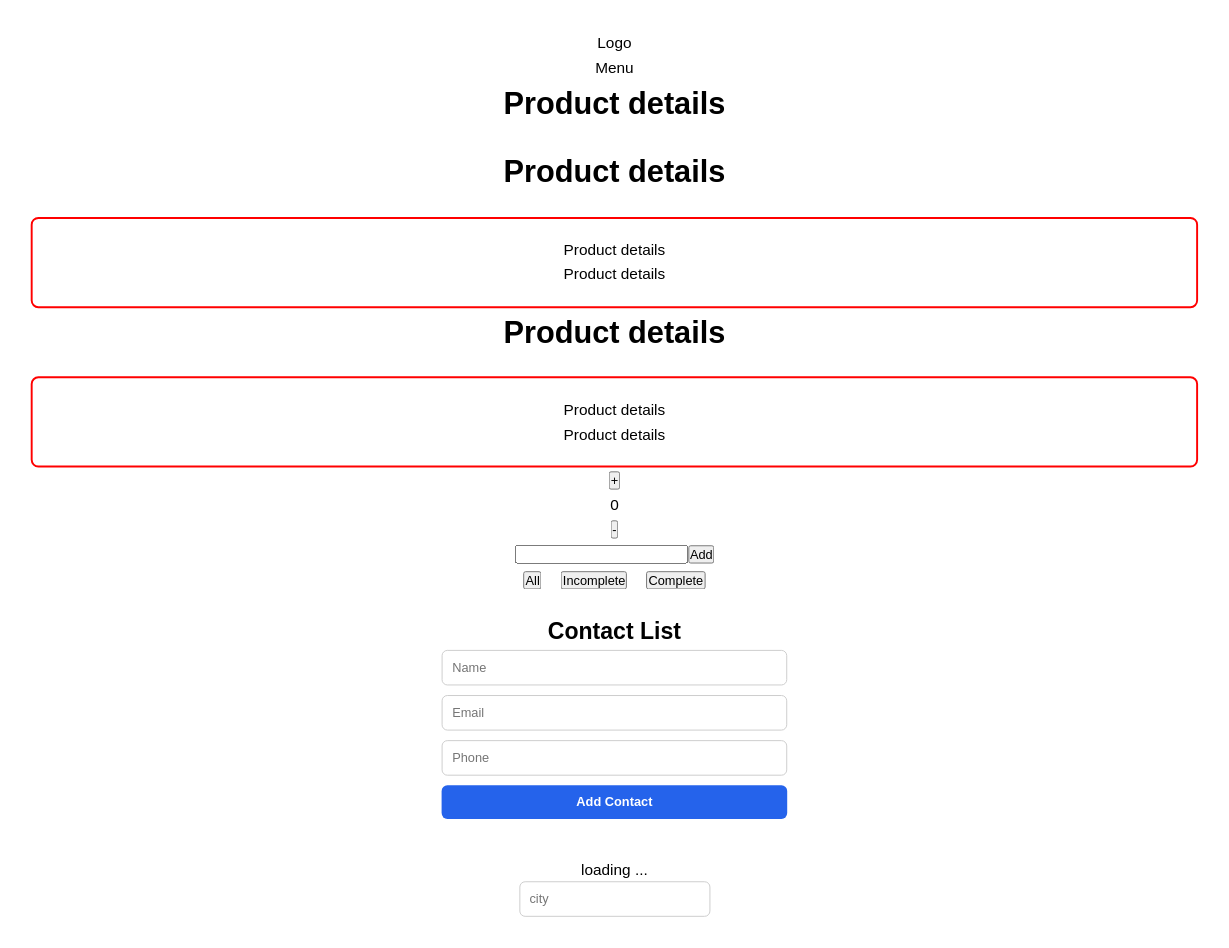
Repository: Manny1294/react-learning
Page: /
These files come from the project's save history. The page is drawn as it stood at one moment and after the next save; the edit follows.
The browser window is 1280 px wide. The pictures show the whole page, at 96% of full size.
The page's requests for data from a server got no answer. The project was rebuilt for these pictures with package versions that can differ from the ones it lists, and the page was loaded fresh each time. No one was signed in, and anything a server would have sent is missing. Also part of the build but not shown: vite.config.js, src/components/Toggle.jsx.

Above is the page before, as saved 2026-02-04 10:47:54.

After the next save:
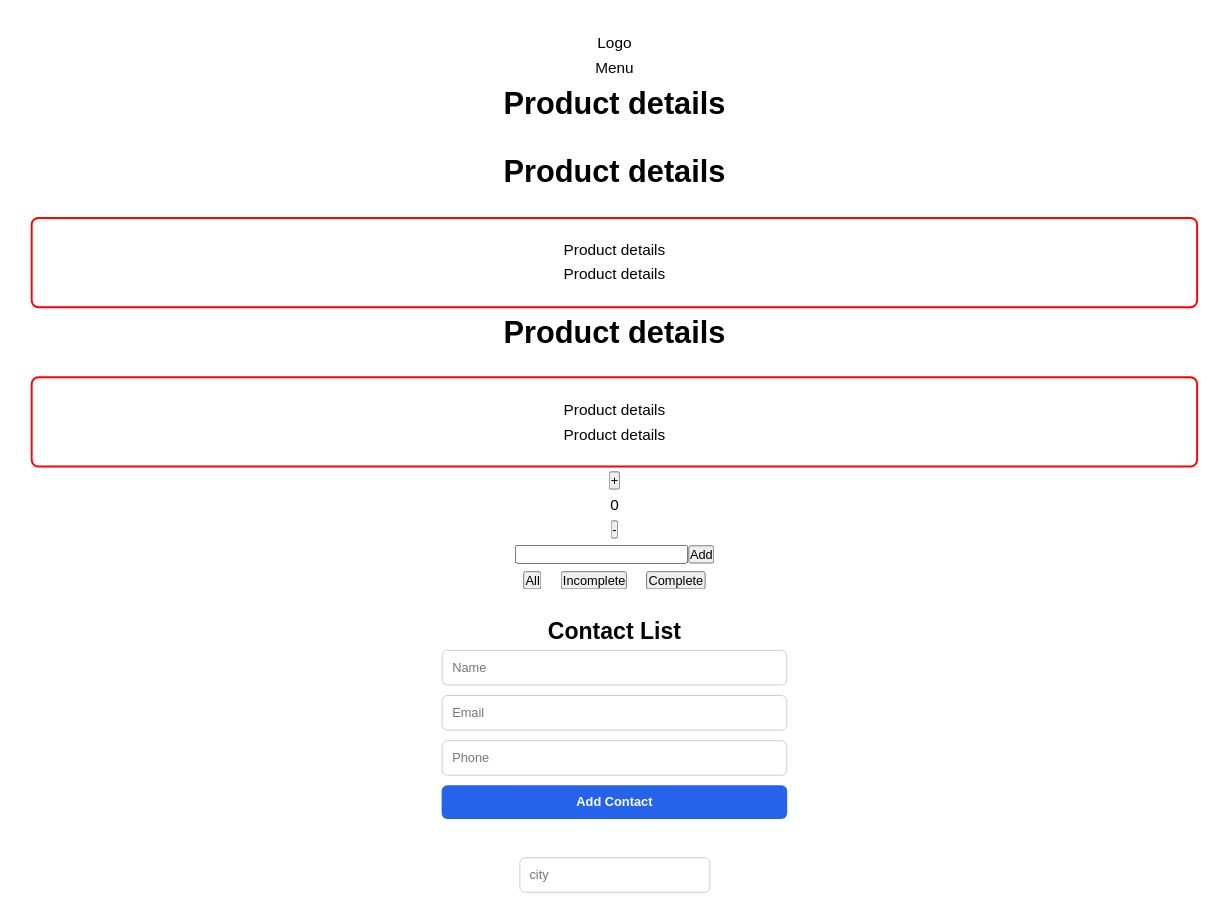
Saved 116 s later.
--- a/src/App.jsx
+++ b/src/App.jsx
@@ -42,7 +42,7 @@
       <Todos />
       {/* <Toggle /> */}
       <ContactList />
-      <UserList />
+      {/* <UserList /> */}
       <WeatherApp />
     </div>
   );

After the save that followed:
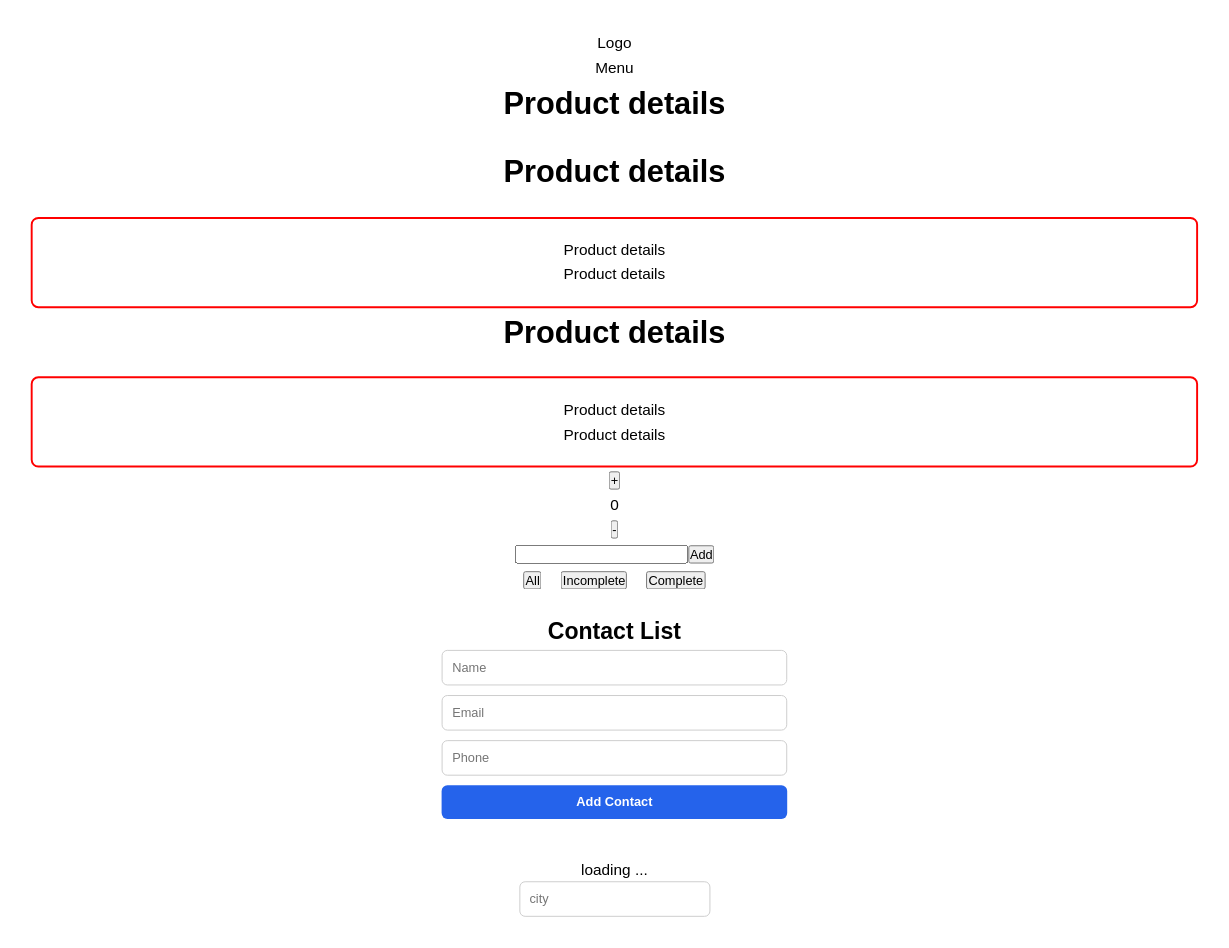
Saved 43 s later.
--- a/src/App.jsx
+++ b/src/App.jsx
@@ -42,7 +42,7 @@
       <Todos />
       {/* <Toggle /> */}
       <ContactList />
-      {/* <UserList /> */}
+      <UserList />
       <WeatherApp />
     </div>
   );
